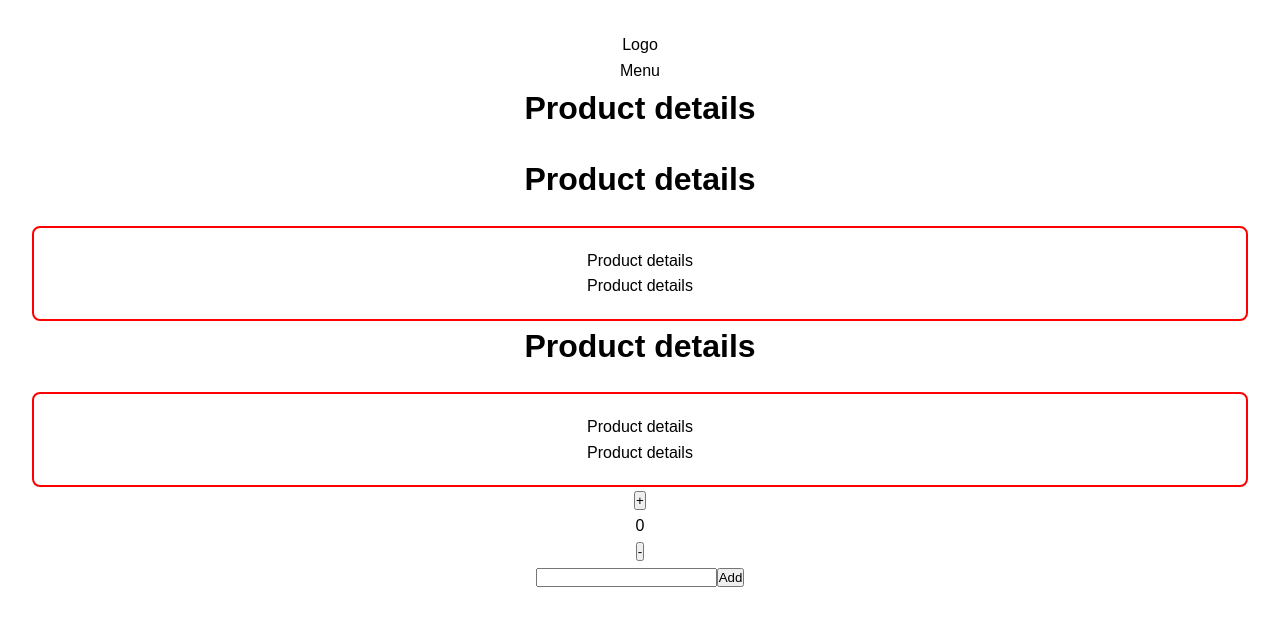
Repository: Manny1294/react-learning
Page: /
The author's editor kept a copy of each file at every save. The page is drawn from the files as they stood at one save, then again after the next save.
The browser window is 1280 px wide. The pictures show the whole page.
The project was rebuilt for these pictures with package versions that can differ from the ones it lists, and the page was loaded fresh each time. Also part of the build but not shown: vite.config.js.

Above is the page before, as saved 2026-01-27 21:52:15.

### index.html
<!doctype html>
<html lang="en">
  <head>
    <meta charset="UTF-8" />
    <link rel="icon" type="image/svg+xml" href="/vite.svg" />
    <meta name="viewport" content="width=device-width, initial-scale=1.0" />
    <title>my-react-lesson</title>
  </head>
  <body>
    <div id="root"></div>
    <script type="module" src="/src/main.jsx"></script>
  </body>
</html>

### src/index.css
* {
  margin: 0;
  padding: 0;
  box-sizing: border-box;
}

body {
  font-family: Arial, Helvetica, sans-serif;
  line-height: 1.6;
}

### src/App.jsx
import "./App.css";
import ProductCard from "./components/ProductCard";
import NavBar from "./components/NavBar";
import PerfumeImg from "./assets/perfume.jpg";
import Counter from "./components/Counter";
import Todos from "./components/TodoList";

export default function App() {
  const Product = {
    name: "beans",
    price: "200",
    image: PerfumeImg,
    description: "Nigerian-made long grain rice",
  };
  const Product2 = {
    name: "orange",
    price: "700",
    image: PerfumeImg,
    description: "home made orange",
  };
  return (
    <div>
      <NavBar />
      <h1 style={{ marginBottom: "20px" }}>Product details</h1>
      <ProductCard
        name={Product.name}
        price={Product.price}
        image={Product.image}
        description={Product.description}
      />
      <ProductCard
        name={Product2.name}
        price={Product2.price}
        image={Product2.image}
        description={Product2.description}
      />
      <Counter />
      <Todos />
    </div>
  );
}

// export default App;

### src/components/ProductCard.jsx
import "./ProductCard.css";

function ProductCard() {
  return (
    <>
      <h1 style={{ marginBottom: "20px" }}>Product details</h1>
      <div className="card">
        {/* left- pictures */}
        <div>
          <p>Product details</p>
        </div>
        <div>
          <p>Product details</p>
        </div>
      </div>
    </>
  );
}

export default ProductCard;

### src/components/NavBar.jsx
export default function NavBar() {
  return (
    <div>
      <div>
        <p>Logo</p>
      </div>
      <div>
        <p>Menu</p>
      </div>
    </div>
  );
}

### src/components/Counter.jsx
import { useState } from "react";
export default function Counter() {
  const [count, setCount] = useState(0);

  function increaseCount() {
    setCount(count + 1);
  }

  function decreaseCount() {
    if (count > 0) {
      setCount(count - 1);
    }
  }
  return (
    <>
      <button onClick={increaseCount}>+</button>
      <p>{count}</p>
      <button onClick={decreaseCount}>-</button>
    </>
  );
}

### src/components/TodoList.jsx
import { useState } from "react";

export default function Todos() {
  const [todos, setTodos] = useState([]);
  const [input, setInput] = useState("");

  return (
    <>
      <div>
        <input
          type="text"
          value={input}
          onChange={(event) => setInput(event.target.value)}
        ></input>
        <button>Add</button>
        <p>{todos}</p>
      </div>
    </>
  );
}

### src/components/ProductCard.css
.card {
  border: 2px solid hsl(0, 100%, 50%);
  padding: 20px;
  border-radius: 8px;
}

Loaded but not shown: src/main.jsx (common file); src/App.css (common file)

After the next save:
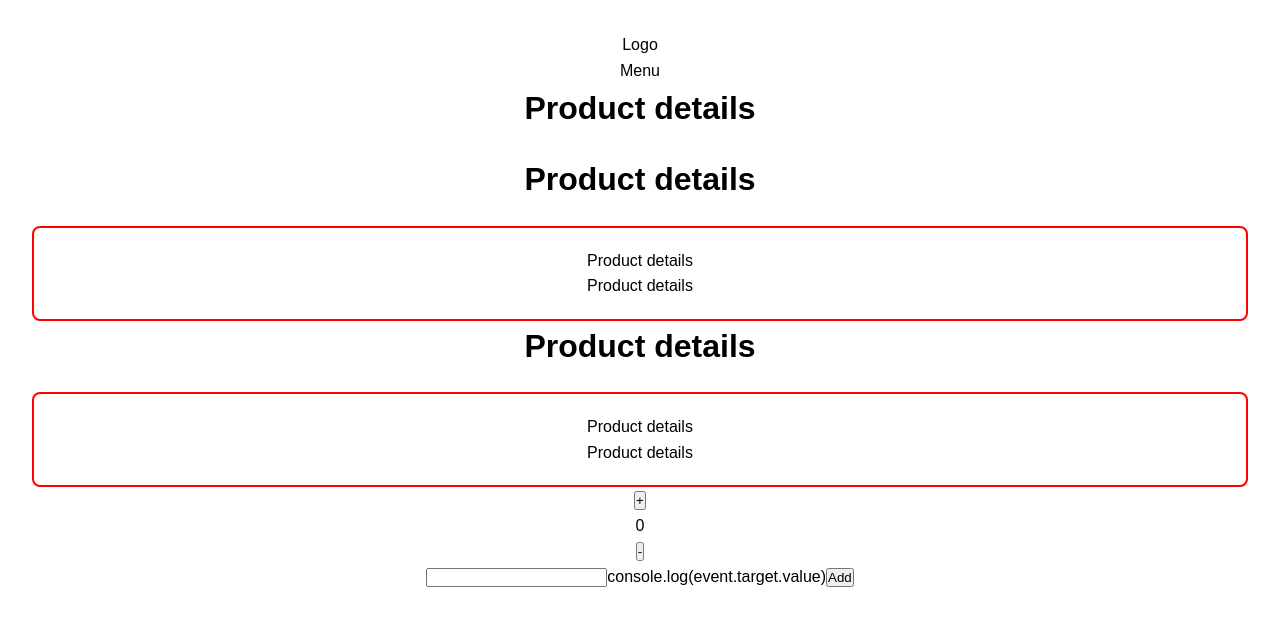
Saved 47 s later.
--- a/src/components/TodoList.jsx
+++ b/src/components/TodoList.jsx
@@ -12,6 +12,7 @@
           value={input}
           onChange={(event) => setInput(event.target.value)}
         ></input>
+        console.log(event.target.value)
         <button>Add</button>
         <p>{todos}</p>
       </div>

After the save that followed:
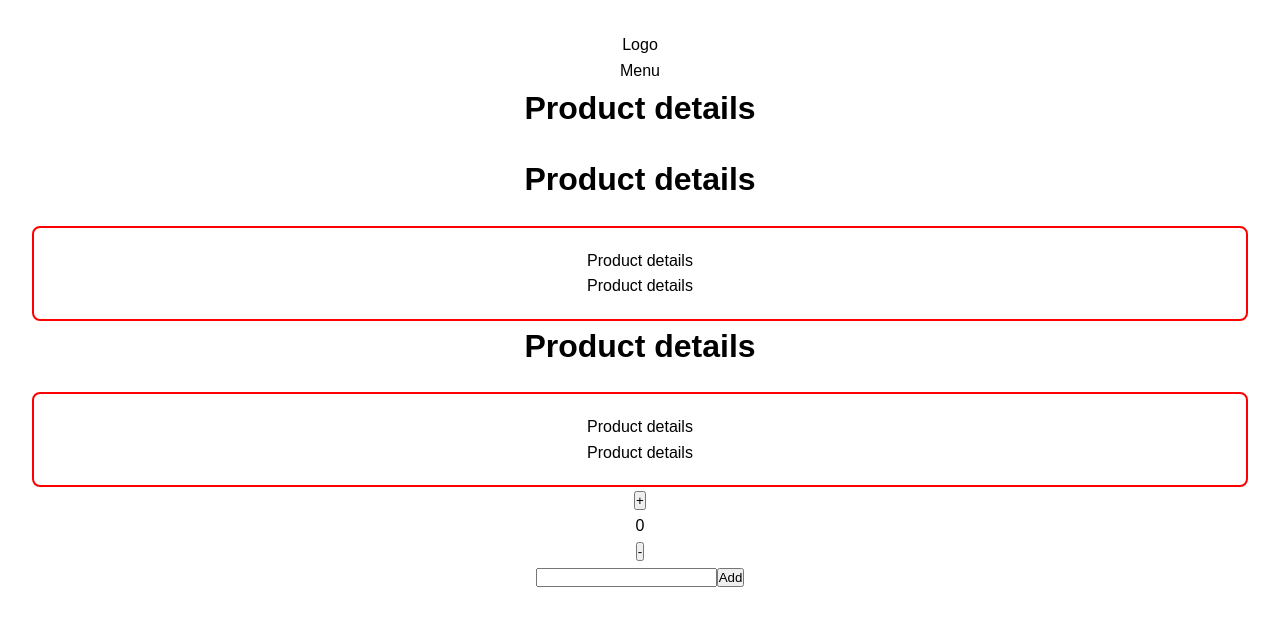
Saved 112 s later.
--- a/src/components/TodoList.jsx
+++ b/src/components/TodoList.jsx
@@ -12,7 +12,7 @@
           value={input}
           onChange={(event) => setInput(event.target.value)}
         ></input>
-        console.log(event.target.value)
+
         <button>Add</button>
         <p>{todos}</p>
       </div>
